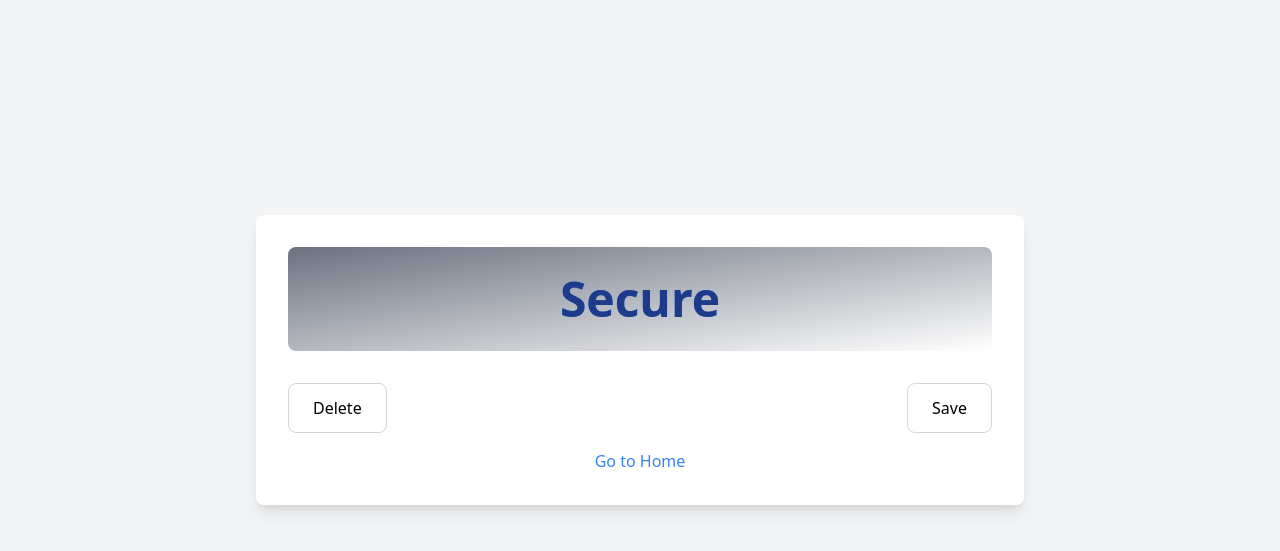
Repository: MercyB19/Russaw_Mercy_Adulting-101_Capstone
Page: secure.html
An editor plug-in stored every save of this project. The page is shown before and after the next save, followed by the edit.
The browser window is 1280 px wide. The pictures show the whole page.
Some web fonts or font styles are not loaded; a fallback is used.

Above is the page before, as saved 2024-09-14 22:14:03.

### secure.html
<!DOCTYPE html>
<html lang="en">

<head>
  <meta charset="UTF-8">
  <meta name="viewport" content="width=device-width, initial-scale=1.0">
  <title>Account Info</title>
  <link href="https://cdn.jsdelivr.net/npm/tailwindcss@2.2.19/dist/tailwind.min.css" rel="stylesheet">
  <link rel="stylesheet" href="https://fonts.googleapis.com/css2?family=Balsamiq+Sans:wght@400;700&display=swap">
  <link rel="stylesheet" href="https://fonts.googleapis.com/css2?family=Inter:wght@400;500;600&display=swap">
  <link rel="stylesheet" href="https://fonts.googleapis.com/css2?family=Poppins:wght@500;700&display=swap">
</head>

<body class="bg-gray-100 flex justify-center items-center min-h-screen">
  <div class="w-full max-w-screen-md bg-white rounded-lg shadow-lg p-8">
    <header class="bg-gradient-to-br from-gray-500 p-7 rounded-lg text-center mb-8">
      <div class="text-5xl font-bold text-blue-900 bg-gradient-to-tl from-gray-100 via-blue-500 to-gray-300 bg-clip-text text-transparent">
        Secure
      </div>
    </header>
    <form id="Secureform" class="w-full flex flex-col items-center">

      <div class="w-full flex justify-between gap-4">
        <button type="button" id="deleteButton" class="py-3 px-6 bg-white border border-gray-300 rounded-lg hover:bg-gray-100">Delete</button>
        <button type="button" id="saveButton" class="py-3 px-6 bg-white border border-gray-300 rounded-lg hover:bg-gray-100">Save</button>
      </div>
      <div id="saveMessage" class="text-green-500 mt-4 hidden">Form Saved</div>
      <div class="text-center mt-4">
        <a href="page2.html" class="text-blue-500 hover:underline">Go to Home</a>
      </div>
    </form>
  </div>

  <script>
    document.getElementById("saveButton").addEventListener("click", () => {
      const saveMessage = document.getElementById("saveMessage");
      saveMessage.classList.remove("hidden");
      setTimeout(() => {
        saveMessage.classList.add("hidden");
      }, 3000);
    });

    document.getElementById("deleteButton").addEventListener("click", () => {
      document.getElementById("Secureform").reset();
    });
  </script>
</body>

</html>

After the next save:
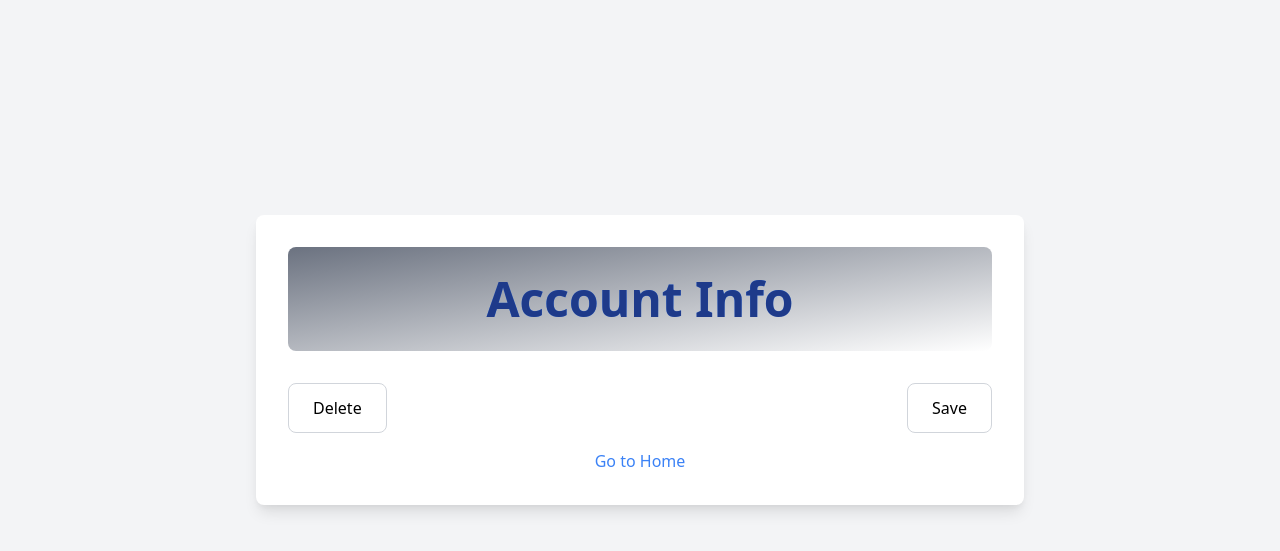
Saved 45 s later.
--- a/secure.html
+++ b/secure.html
@@ -15,7 +15,7 @@
   <div class="w-full max-w-screen-md bg-white rounded-lg shadow-lg p-8">
     <header class="bg-gradient-to-br from-gray-500 p-7 rounded-lg text-center mb-8">
       <div class="text-5xl font-bold text-blue-900 bg-gradient-to-tl from-gray-100 via-blue-500 to-gray-300 bg-clip-text text-transparent">
-        Secure
+        Account Info
       </div>
     </header>
     <form id="Secureform" class="w-full flex flex-col items-center">
